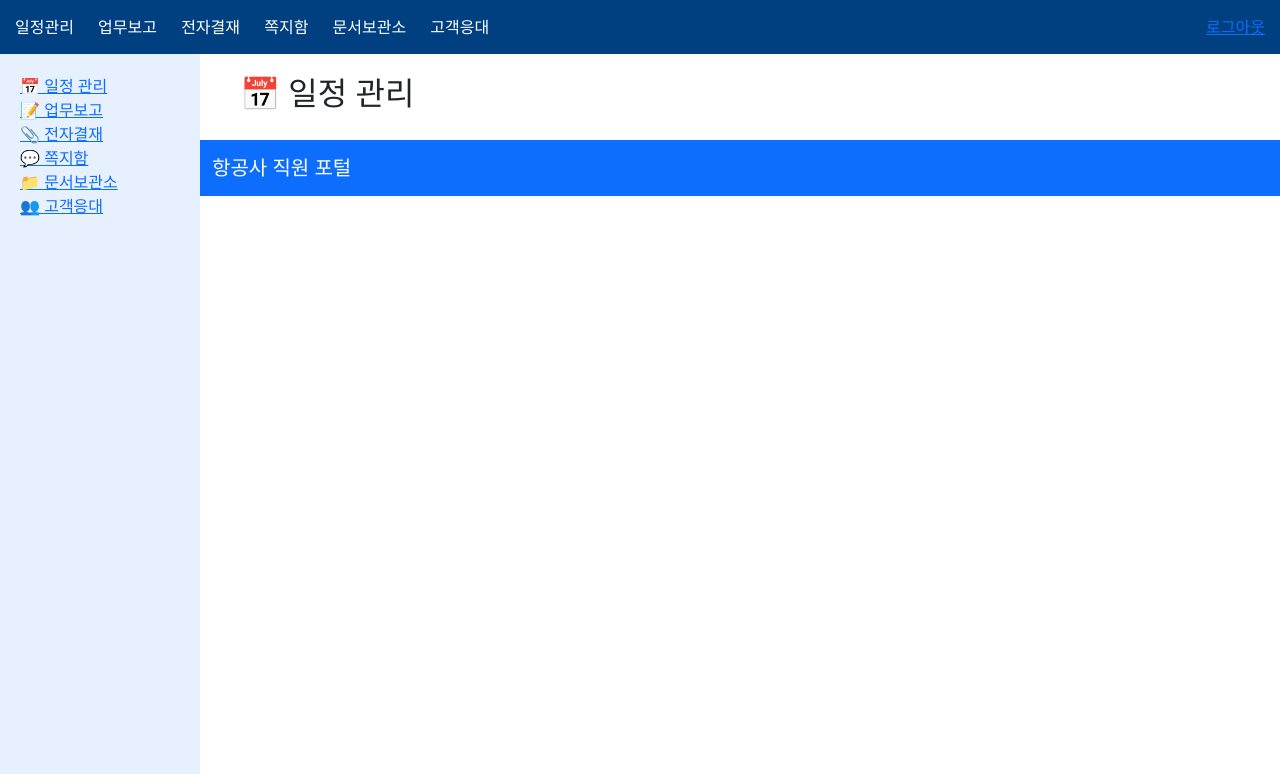
Repository: yu1na/Project404
Page: http://localhost/Project404_yuna/WEB-INF/views/calendar/calendar.jsp
An editor plug-in stored every save of this project. The page is shown before and after the next save, followed by the edit.
The browser window is 1280 px wide. The pictures show the whole page.
The page is served by Tomcat 9. Nobody is signed in. Other server files are loaded and not shown. The template is opened directly, without the code that normally fills it, so the values that code supplies are empty.

Above is the page before, as saved 2025-07-15 15:49:35.

### Project404_yuna/src/main/webapp/WEB-INF/views/calendar/calendar.jsp
<%@ page language="java" contentType="text/html; charset=UTF-8"
    pageEncoding="UTF-8"%>
<%@ include file="/WEB-INF/views/top.jsp" %>
<%@ include file="/WEB-INF/views/sidebar.jsp" %>

<!DOCTYPE html>
<html>
	<head>
		<meta charset="UTF-8">
		<title>calendar</title>
		<link href="https://cdn.jsdelivr.net/npm/bootstrap@5.3.0/dist/css/bootstrap.min.css" rel="stylesheet">
	</head>
	<body>
	<div style="margin-left: 220px; padding: 20px;">
	  <h2>📅 일정 관리</h2>
	  <div id="calendar"></div>
	</div>

	<nav class="navbar navbar-expand-lg bg-primary navbar-dark">
	  <div class="container-fluid">
	    <a class="navbar-brand" href="/">항공사 직원 포털</a>
	  </div>
	</nav>
	    <div id="calendar"></div>
	</body>
</html>

### Project404_yuna/src/main/webapp/WEB-INF/views/top.jsp
<%@ page language="java" contentType="text/html; charset=UTF-8"
    pageEncoding="UTF-8"%>
<!DOCTYPE html>
<html>
	<head>
		<meta charset="UTF-8">
		<title>Top</title>
		<style>
			/* 기본 링크 스타일 제거 */
			.no-underline {
				text-decoration: none; /* 밑줄 제거 */
			}
			/* 메뉴 항목 간 간격 조정 */
			.menu-item {
				margin-right: 20px; /* 각 메뉴 항목의 오른쪽 여백 */
			}
			/* 항공사 직원 포털 텍스트 색상 및 간격 */
			.portal-title {
				color: white; /* 텍스트 색상을 흰색으로 */
				margin-right: 30px; /* 로그아웃 버튼과의 간격 조정 */
			}
		</style>
	</head>
	<body>
		<div style="background-color: #004080; color: white; padding: 15px; display: flex; align-items: center;">
		  	<nav class="flex text-base font-medium" style="flex-grow: 1; justify-content: flex-end;">
			  <a href="/calendar" class="hover:text-blue-600 no-underline menu-item" style="color: white;">일정관리</a>
			  <a href="/report/list" class="hover:text-blue-600 no-underline menu-item" style="color: white;">업무보고</a>
			  <a href="/approval/list" class="hover:text-blue-600 no-underline menu-item" style="color: white;">전자결재</a>
			  <a href="/message/inbox" class="hover:text-blue-600 no-underline menu-item" style="color: white;">쪽지함</a>
			  <a href="/docs/list" class="hover:text-blue-600 no-underline menu-item" style="color: white;">문서보관소</a>
			  <a href="/qna/list" class="hover:text-blue-600 no-underline menu-item" style="color: white;">고객응대</a>
			  <a href="/auth/logout" style="float: right;">로그아웃</a>
			</nav>
		</div>
	</body>
</html>

### Project404_yuna/src/main/webapp/WEB-INF/views/sidebar.jsp
<%@ page language="java" contentType="text/html; charset=UTF-8"
    pageEncoding="UTF-8"%>
<!DOCTYPE html>
<html>
	<head>
		<meta charset="UTF-8">
		<title>sidebar</title>
		<style>
			/* 기본 링크 스타일 제거 */
			.no-underline {
				text-decoration: none; /* 밑줄 제거 */
			}
			/* 메뉴 항목 간 간격 조정 */
			.menu-item {
				margin-right: 20px; /* 각 메뉴 항목의 오른쪽 여백 */
			}
			/* 항공사 직원 포털 텍스트 색상 및 간격 */
			.portal-title {
				color: blue; /* 텍스트 색상을 흰색으로 */
				margin-right: 30px; /* 로그아웃 버튼과의 간격 조정 */
			}
		</style>
	</head>
	<body>
	<div style="width: 200px; height: 100vh; background: #e6f0ff; float: left; padding: 20px;">
	  <ul style="list-style: none; padding: 0;">
	    <li><a href="/calendar/calendar">📅 일정 관리</a></li>
	    <li><a href="/report/list">📝 업무보고</a></li>
	    <li><a href="/approval/list">📎 전자결재</a></li>
	    <li><a href="/message/inbox">💬 쪽지함</a></li>
	    <li><a href="/docs/list">📁 문서보관소</a></li>
	    <li><a href="/qna/list">👥 고객응대</a></li>
	  </ul>
	</div>
	</body>
</html>

After the next save:
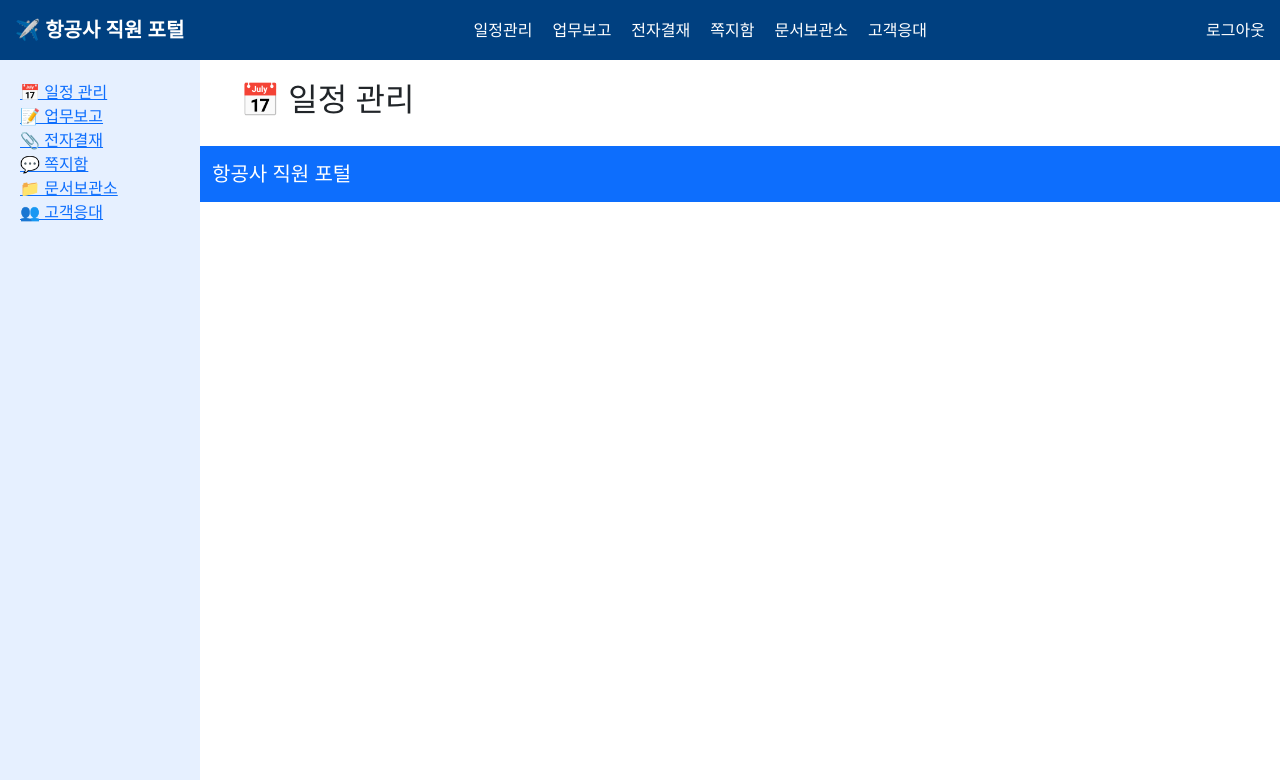
Saved 55 s later.
--- a/Project404_yuna/src/main/webapp/WEB-INF/views/top.jsp
+++ b/Project404_yuna/src/main/webapp/WEB-INF/views/top.jsp
@@ -5,33 +5,74 @@
 	<head>
 		<meta charset="UTF-8">
 		<title>Top</title>
+        <%-- Bootstrap CSS 추가 (이전에 사용했던 것을 가정) --%>
+        <link href="https://cdn.jsdelivr.net/npm/bootstrap@5.3.0/dist/css/bootstrap.min.css" rel="stylesheet">
 		<style>
-			/* 기본 링크 스타일 제거 */
-			.no-underline {
-				text-decoration: none; /* 밑줄 제거 */
+			/* 공통 링크 스타일 (Bootstrap 링크에 덮어쓰기 위해 !) */
+			.custom-link {
+				color: white !important; /* 흰색 텍스트 강제 적용 */
+				text-decoration: none !important; /* 밑줄 제거 강제 적용 */
 			}
+            .custom-link:hover {
+                color: #add8e6 !important; /* 호버 시 약간 밝은 파란색 (원하는 색상으로 변경) */
+            }
+
 			/* 메뉴 항목 간 간격 조정 */
-			.menu-item {
-				margin-right: 20px; /* 각 메뉴 항목의 오른쪽 여백 */
+			.menu-item-margin {
+				margin-right: 20px;
 			}
-			/* 항공사 직원 포털 텍스트 색상 및 간격 */
-			.portal-title {
-				color: white; /* 텍스트 색상을 흰색으로 */
-				margin-right: 30px; /* 로그아웃 버튼과의 간격 조정 */
-			}
+
+            /* 네비게이션바 컨테이너 스타일 */
+            .top-navbar {
+                background-color: #004080;
+                color: white;
+                padding: 15px;
+                display: flex; /* flexbox 사용 */
+                align-items: center; /* 수직 중앙 정렬 */
+                justify-content: space-between; /* 양쪽 끝 정렬 */
+            }
+
+            /* 항공사 직원 포털 타이틀 스타일 */
+            .portal-title-area {
+                font-size: 20px;
+                font-weight: bold; /* 굵게 표시 */
+                margin-right: 30px; /* 우측 메뉴와의 간격 */
+            }
+
+            /* 메뉴 그룹 스타일 (Bootstrap d-flex, me-auto, ms-auto 등을 활용할 수도 있음) */
+            .nav-menu-group {
+                flex-grow: 1; /* 남은 공간을 차지 */
+                display: flex;
+                justify-content: center; /* 메뉴들을 중앙에 배치 (원한다면 flex-end로 오른쪽 정렬) */
+            }
 		</style>
 	</head>
 	<body>
-		<div style="background-color: #004080; color: white; padding: 15px; display: flex; align-items: center;">
-		  	<nav class="flex text-base font-medium" style="flex-grow: 1; justify-content: flex-end;">
-			  <a href="/calendar" class="hover:text-blue-600 no-underline menu-item" style="color: white;">일정관리</a>
-			  <a href="/report/list" class="hover:text-blue-600 no-underline menu-item" style="color: white;">업무보고</a>
-			  <a href="/approval/list" class="hover:text-blue-600 no-underline menu-item" style="color: white;">전자결재</a>
-			  <a href="/message/inbox" class="hover:text-blue-600 no-underline menu-item" style="color: white;">쪽지함</a>
-			  <a href="/docs/list" class="hover:text-blue-600 no-underline menu-item" style="color: white;">문서보관소</a>
-			  <a href="/qna/list" class="hover:text-blue-600 no-underline menu-item" style="color: white;">고객응대</a>
-			  <a href="/auth/logout" style="float: right;">로그아웃</a>
+		<div class="top-navbar">
+            <%-- 항공사 직원 포털 (홈 링크) --%>
+            <a href="/" class="custom-link portal-title-area">
+                ✈ 항공사 직원 포털
+            </a>
+
+            <%-- 주 메뉴 --%>
+		  	<nav class="nav-menu-group">
+                <%-- Bootstrap을 사용한다면 ul li로 구성하는 것이 일반적입니다. --%>
+                <%-- 아래는 Bootstrap 없이 style만으로 구성한 예시입니다. --%>
+                <a href="/calendar" class="custom-link menu-item-margin">일정관리</a>
+                <a href="/report/list" class="custom-link menu-item-margin">업무보고</a>
+                <a href="/approval/list" class="custom-link menu-item-margin">전자결재</a>
+                <a href="/message/inbox" class="custom-link menu-item-margin">쪽지함</a>
+                <a href="/docs/list" class="custom-link menu-item-margin">문서보관소</a>
+                <a href="/qna/list" class="custom-link menu-item-margin">고객응대</a>
 			</nav>
+
+            <%-- 로그아웃 링크 --%>
+            <div>
+                <a href="/auth/logout" class="custom-link">로그아웃</a>
+            </div>
 		</div>
+
+        <%-- Bootstrap JS (선택 사항, 필요 시 추가) --%>
+        <script src="https://cdn.jsdelivr.net/npm/bootstrap@5.3.0/dist/js/bootstrap.bundle.min.js"></script>
 	</body>
 </html>

After the 2 saves that followed:
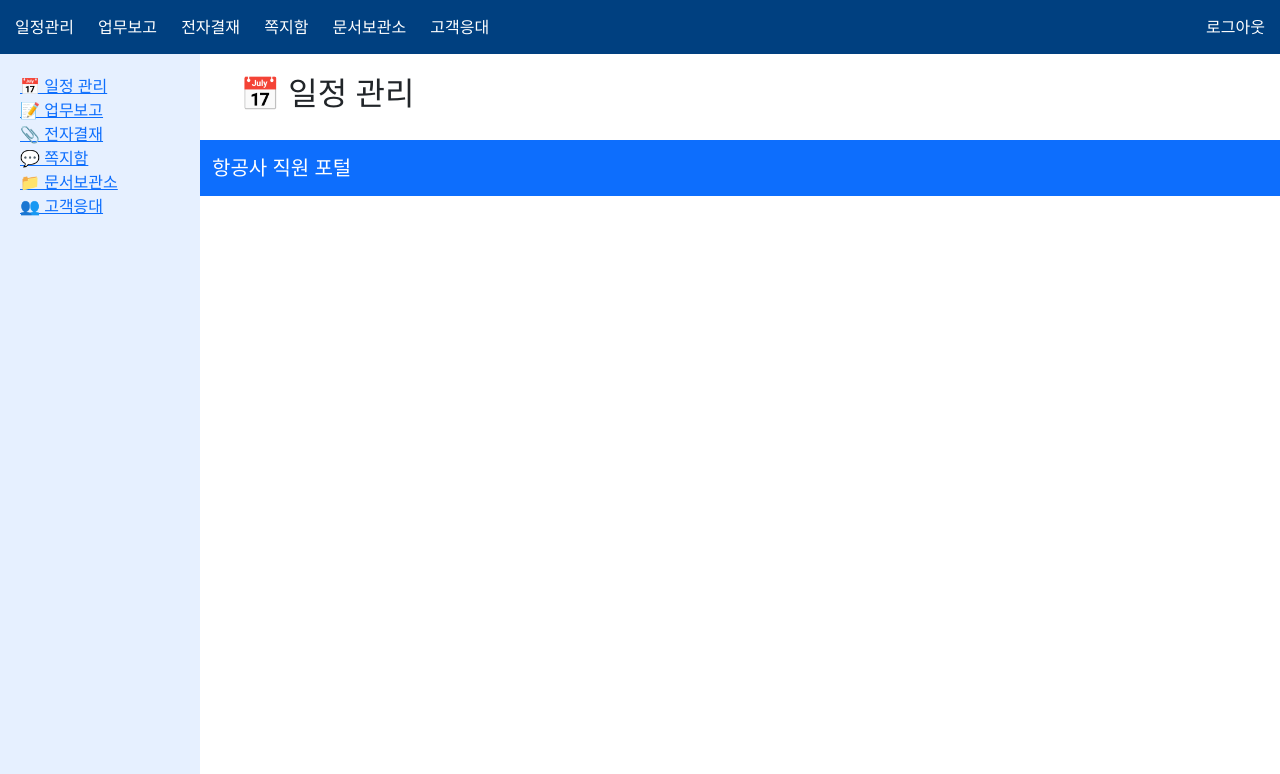
The 2 saves are shown as one change because 1 left the picture as it was.
The last was saved 3 min 22 s later.
--- a/Project404_yuna/src/main/webapp/WEB-INF/views/top.jsp
+++ b/Project404_yuna/src/main/webapp/WEB-INF/views/top.jsp
@@ -5,74 +5,33 @@
 	<head>
 		<meta charset="UTF-8">
 		<title>Top</title>
-        <%-- Bootstrap CSS 추가 (이전에 사용했던 것을 가정) --%>
-        <link href="https://cdn.jsdelivr.net/npm/bootstrap@5.3.0/dist/css/bootstrap.min.css" rel="stylesheet">
 		<style>
-			/* 공통 링크 스타일 (Bootstrap 링크에 덮어쓰기 위해 !) */
-			.custom-link {
-				color: white !important; /* 흰색 텍스트 강제 적용 */
-				text-decoration: none !important; /* 밑줄 제거 강제 적용 */
+			/* 기본 링크 스타일 제거 */
+			.no-underline {
+				text-decoration: none; /* 밑줄 제거 */
 			}
-            .custom-link:hover {
-                color: #add8e6 !important; /* 호버 시 약간 밝은 파란색 (원하는 색상으로 변경) */
-            }
-
 			/* 메뉴 항목 간 간격 조정 */
-			.menu-item-margin {
-				margin-right: 20px;
+			.menu-item {
+				margin-right: 20px; /* 각 메뉴 항목의 오른쪽 여백 */
 			}
-
-            /* 네비게이션바 컨테이너 스타일 */
-            .top-navbar {
-                background-color: #004080;
-                color: white;
-                padding: 15px;
-                display: flex; /* flexbox 사용 */
-                align-items: center; /* 수직 중앙 정렬 */
-                justify-content: space-between; /* 양쪽 끝 정렬 */
-            }
-
-            /* 항공사 직원 포털 타이틀 스타일 */
-            .portal-title-area {
-                font-size: 20px;
-                font-weight: bold; /* 굵게 표시 */
-                margin-right: 30px; /* 우측 메뉴와의 간격 */
-            }
-
-            /* 메뉴 그룹 스타일 (Bootstrap d-flex, me-auto, ms-auto 등을 활용할 수도 있음) */
-            .nav-menu-group {
-                flex-grow: 1; /* 남은 공간을 차지 */
-                display: flex;
-                justify-content: center; /* 메뉴들을 중앙에 배치 (원한다면 flex-end로 오른쪽 정렬) */
-            }
+			/* 항공사 직원 포털 텍스트 색상 및 간격 */
+			.portal-title {
+				color: white; /* 텍스트 색상을 흰색으로 */
+				margin-right: 30px; /* 로그아웃 버튼과의 간격 조정 */
+			}
 		</style>
 	</head>
 	<body>
-		<div class="top-navbar">
-            <%-- 항공사 직원 포털 (홈 링크) --%>
-            <a href="/" class="custom-link portal-title-area">
-                ✈ 항공사 직원 포털
-            </a>
-
-            <%-- 주 메뉴 --%>
-		  	<nav class="nav-menu-group">
-                <%-- Bootstrap을 사용한다면 ul li로 구성하는 것이 일반적입니다. --%>
-                <%-- 아래는 Bootstrap 없이 style만으로 구성한 예시입니다. --%>
-                <a href="/calendar" class="custom-link menu-item-margin">일정관리</a>
-                <a href="/report/list" class="custom-link menu-item-margin">업무보고</a>
-                <a href="/approval/list" class="custom-link menu-item-margin">전자결재</a>
-                <a href="/message/inbox" class="custom-link menu-item-margin">쪽지함</a>
-                <a href="/docs/list" class="custom-link menu-item-margin">문서보관소</a>
-                <a href="/qna/list" class="custom-link menu-item-margin">고객응대</a>
+		<div style="background-color: #004080; color: white; padding: 15px; display: flex; align-items: center;">
+		  	<nav class="flex text-base font-medium" style="flex-grow: 1; justify-content: flex-end;">
+			  <a href="/calendar" class="hover:text-blue-600 no-underline menu-item" style="color: white;">일정관리</a>
+			  <a href="/report/list" class="hover:text-blue-600 no-underline menu-item" style="color: white;">업무보고</a>
+			  <a href="/approval/list" class="hover:text-blue-600 no-underline menu-item" style="color: white;">전자결재</a>
+			  <a href="/message/inbox" class="hover:text-blue-600 no-underline menu-item" style="color: white;">쪽지함</a>
+			  <a href="/docs/list" class="hover:text-blue-600 no-underline menu-item" style="color: white;">문서보관소</a>
+			  <a href="/qna/list" class="hover:text-blue-600 no-underline menu-item" style="color: white;">고객응대</a>
 			</nav>
-
-            <%-- 로그아웃 링크 --%>
-            <div>
-                <a href="/auth/logout" class="custom-link">로그아웃</a>
-            </div>
+			<span style="float: right;">로그아웃</span>
 		</div>
-
-        <%-- Bootstrap JS (선택 사항, 필요 시 추가) --%>
-        <script src="https://cdn.jsdelivr.net/npm/bootstrap@5.3.0/dist/js/bootstrap.bundle.min.js"></script>
 	</body>
 </html>
